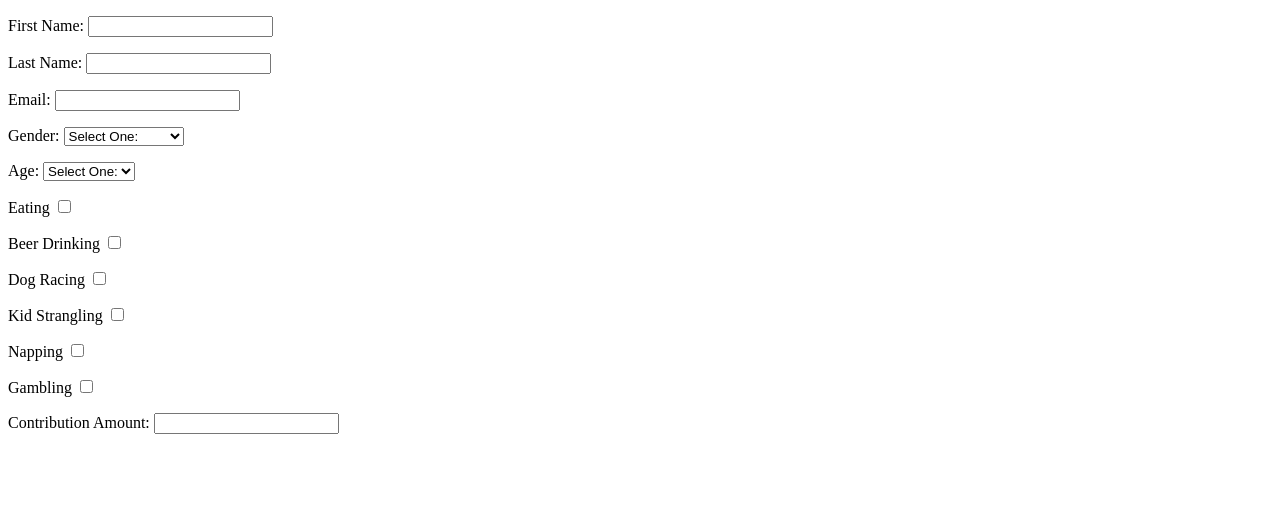
Repository: codieb1997/cosw30
Page: homework/home1/contact.html
The author's editor kept a record of every edit. The page is drawn from the files as they stood at one moment, then again after the next edit.
The browser window is 1280 px wide. The pictures show the whole page.

Above is the page before.

### homework/home1/contact.html
<!doctype html>
<html>
    <head>
        <meta charset="utf-8">
        <title>Contact Form</title>
    </head>
    <body>
        <form action="contact.php">
            <p><label for="first_name">First Name:</label>
            <input type="text" id="first_name" name="first_name" required></p>

            <p><label for="last_name">Last Name:</label>
            <input type="text" id="last_name" name="last_name" required></p>

            <p><label for="email">Email:</label>
            <input type="email" id="email" name="email" required></p>

            <p><label for="gender">Gender:</label>
            <select name="gender" required>
                <option value="select_one" selected>Select One:</option>
                <option value="male">Male</option>
                <option value="female">Female</option>
                <option value="other">Other</option>
                <option value="no_answer">Prefer not to say</option>
            </select></p>

            <p><label for="age">Age:</label>
            <select name="age" required>
                <option value="select_one" selected>Select One:</option>
                <option value="under_18">Under 18</option>
                <option value="18_30">18-30</option>
                <option value="30_50">30-50</option>
                <option value="over_50">Over 50</option>
            </select>
                </p>

            <p><label>Eating
                <input type="checkbox" name="eating" id="eating">
            </label></p>
            <p><label>Beer Drinking
                <input type="checkbox" name="beer_drinking" id="beer_drinking">
            </label></p>
            <p><label>Dog Racing
                <input type="checkbox" name="dog_racing" id="dog_racing">
            </label></p>
            <p><label>Kid Strangling
                <input type="checkbox" name="kid_strangling" id="kid_strangling">
            </label></p>
            <p><label>Napping
                <input type="checkbox" name="napping" id="napping">
            </label></p>
            <p><label>Gambling
                <input type="checkbox" name="gambling" id="gambling">
            </label></p>
            <p><label>Contribution Amount:
            <input type="number" name="contribution" id="contribution">
            </label></p>
        </form>
    </body>
</html>

After the next edit:
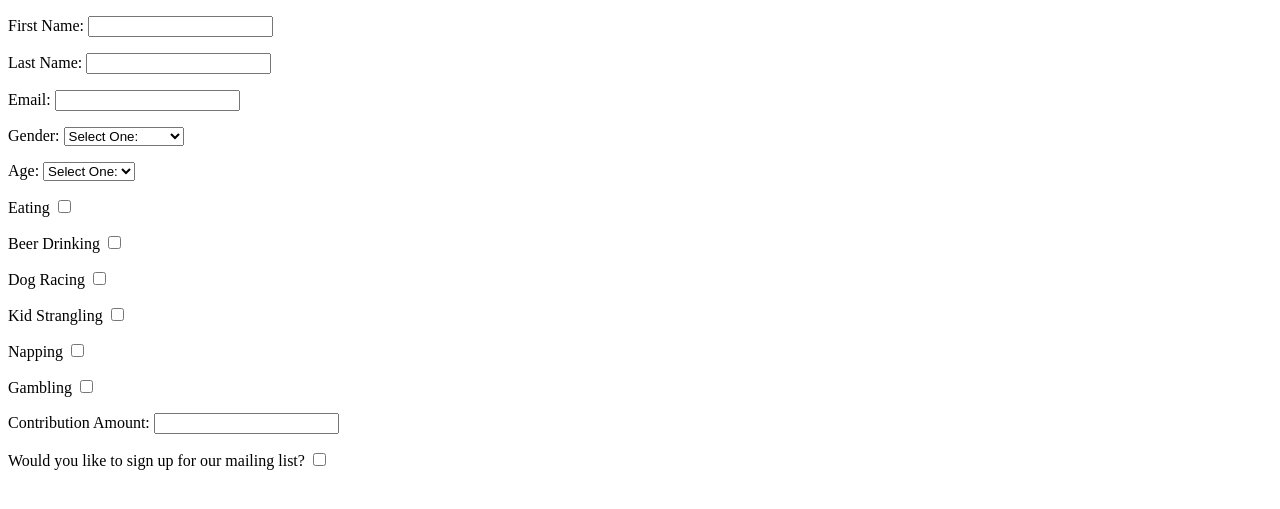
The edit:
--- a/homework/home1/contact.html
+++ b/homework/home1/contact.html
@@ -55,6 +55,9 @@
             <p><label>Contribution Amount:
             <input type="number" name="contribution" id="contribution">
             </label></p>
+            <p><label>Would you like to sign up for our mailing list?</label>
+                <input type="checkbox" name="sign_up" id="sign_up">
+                </label></p>
         </form>
     </body>
 </html>
